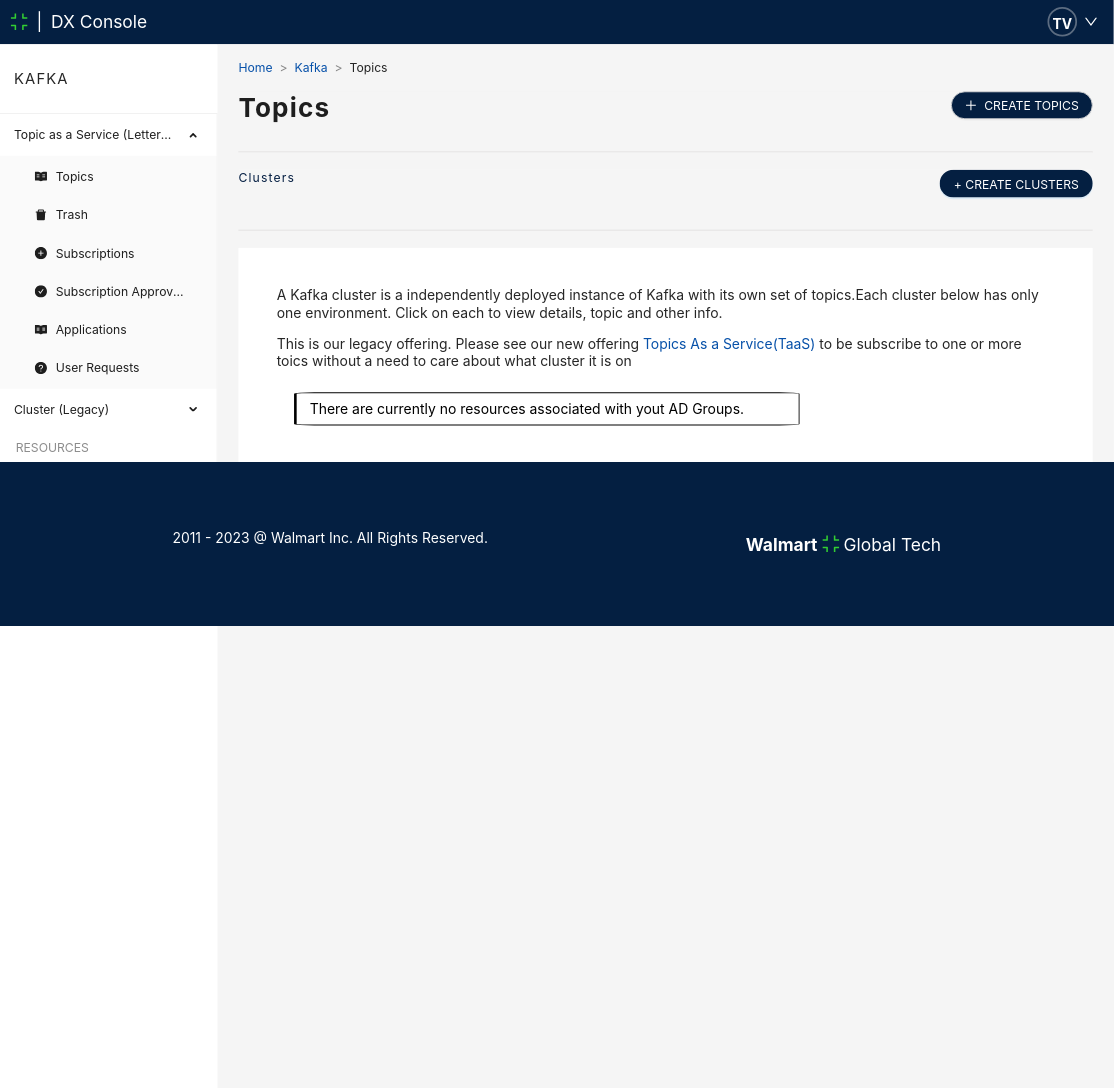
Repository: Qianying-Chai/kafka
Page: /kafka/clusters
The author's editor kept a copy of each file at every save. The page is drawn from the files as they stood at one save, then again after the next save.
The browser window is 1280 px wide. The pictures show the whole page, at 87% of full size.
The project was rebuilt for these pictures with package versions that can differ from the ones it lists, and the page was loaded fresh each time. Also part of the build but not shown: src/pages/Components/ComponentsTable.jsx, src/pages/Components/ComponentsInput.jsx, src/pages/Components/ComponentsPagination.jsx, src/pages/Taas/Topics/Topics.jsx, src/pages/Taas/Trash/Style/Trash.css, src/pages/Taas/Trash/Trash.jsx, src/pages/Taas/SubscriptionApprovals/SubscriptionApprovals.jsx, src/pages/Taas/Subscriptions/SubscriptionsNonProxy/SubscriptionsNonProxy.jsx and 7 more.

Above is the page before, as saved 2024-01-12 23:05:59.

After the next save:
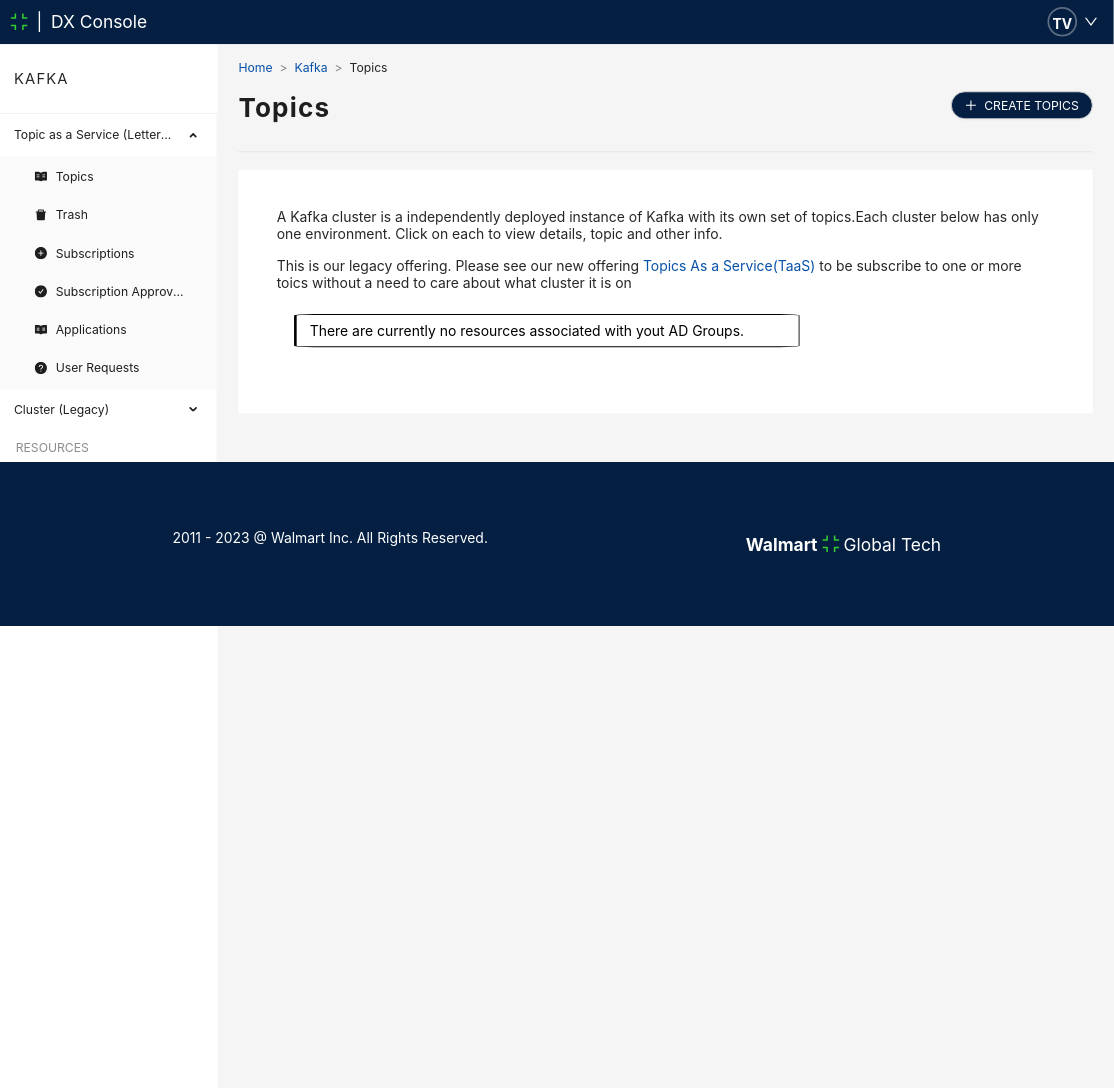
Saved 27 s later.
--- a/src/pages/Cluster/Clusters.jsx
+++ b/src/pages/Cluster/Clusters.jsx
@@ -6,6 +6,7 @@
 import ComponentsBreadcrumb from "../Components/ComponentsBreadcrumb";
 import { Button } from "antd";
 import { PlusOutlined } from "@ant-design/icons";
+import ComponentsContent from "../Components/ComponentsContent";
 
 const Clusters = () => {
   return (
@@ -32,7 +33,7 @@
           </Button>
         </div>
       </div>
-      <ComponentsCard editebutton={"true"} title={categoryConstants.CLUSTERS}>
+      <ComponentsContent>
         <div className="clusters-content">
           <div id="clusters-text">
             <div className="text">
@@ -53,7 +54,7 @@
             </p>
           </div>
         </div>
-      </ComponentsCard>
+      </ComponentsContent>
     </>
   );
 };
